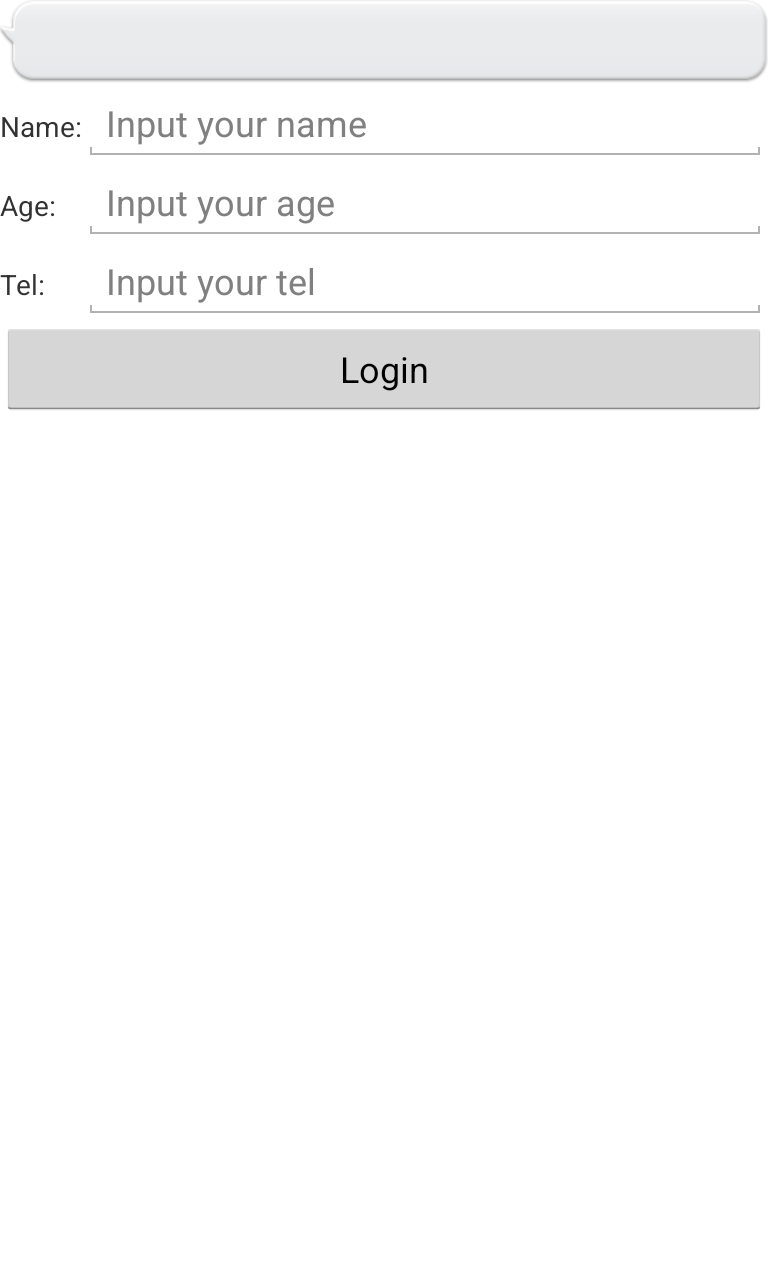
Repository: JDLINLC/android-dev
Layout: ModifyQQ/res/layout/showdetail_activity.xml
An editor plug-in stored every save of this project. The layout is shown before and after the next save, followed by the edit.
It is drawn on a 768 x 1280 px phone screen (xhdpi) without system bars, with theme AppTheme; the app's code is not run.

Above is the layout before, as saved 2015-04-24 14:54:18.

### ModifyQQ/res/layout/showdetail_activity.xml
<?xml version="1.0" encoding="utf-8"?>
<TableLayout xmlns:android="http://schemas.android.com/apk/res/android"
    android:layout_width="match_parent"
    android:layout_height="match_parent"
    android:stretchColumns="1"
    android:orientation="vertical" >

    <LinearLayout
        android:layout_width="match_parent"
        android:layout_height="wrap_content"
        android:background="@drawable/em">
    </LinearLayout>

    <TableRow>
        <TextView
            android:layout_height="wrap_content"
            android:text="Name:"/>
        <EditText
            android:id="@+id/name"
            android:layout_height="wrap_content"
            android:hint="Input your name"/>
    </TableRow>
    <TableRow>
        <TextView
            android:layout_height="wrap_content"
            android:text="Age:"/>
        <EditText
            android:id="@+id/age"
            android:layout_height="wrap_content"
            android:hint="Input your age"/>
    </TableRow>
    <TableRow>
        <TextView
            android:layout_height="wrap_content"
            android:text="Tel:"/>
        <EditText
            android:id="@+id/tel"
            android:layout_height="wrap_content"
            android:hint="Input your tel"/>
    </TableRow>
    <TableRow>
        <Button
            android:id="@+id/Login"
            android:layout_height="wrap_content"
            android:layout_span="2"
            android:text="Login"/>
    </TableRow>


</TableLayout>

Loaded but not shown: ModifyQQ/res/values/styles.xml (common file); ModifyQQ/res/values-v11/styles.xml (common file); ModifyQQ/res/values-v14/styles.xml (common file)

After the next save:
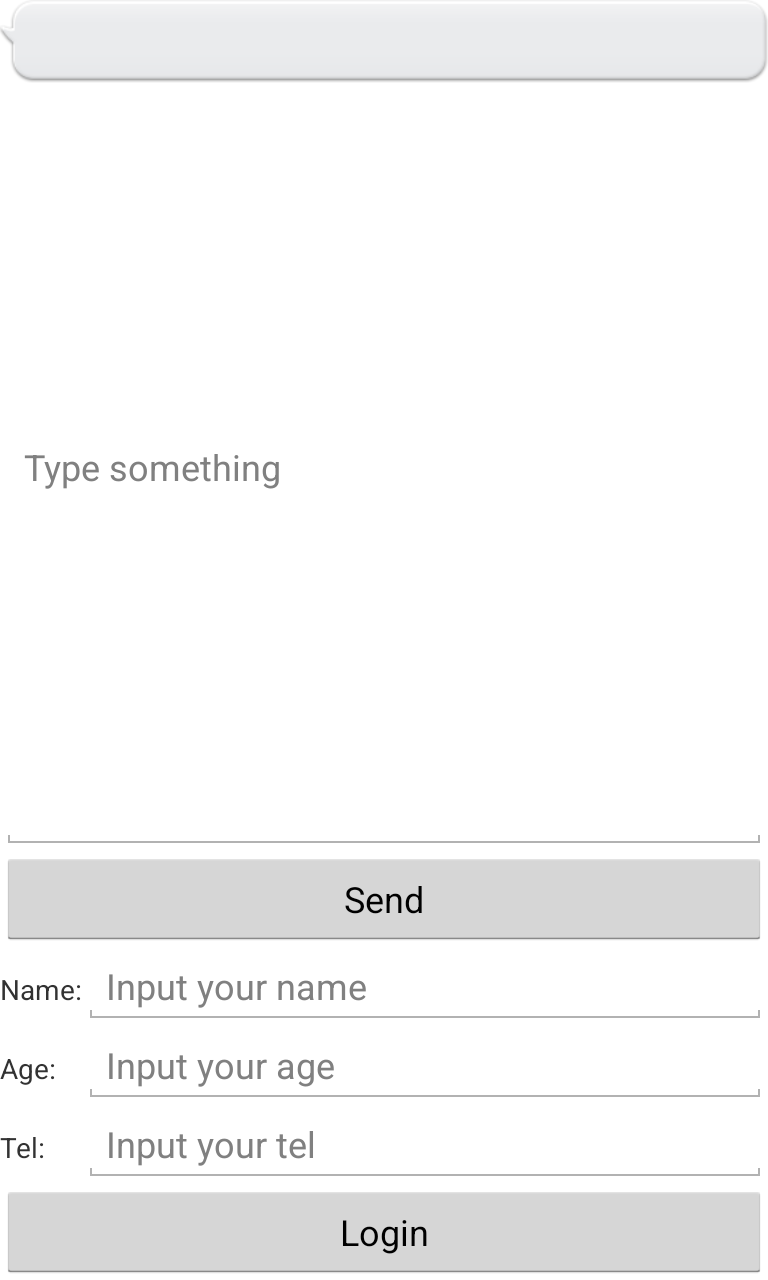
Saved 5 min 26 s later.
--- a/ModifyQQ/res/layout/showdetail_activity.xml
+++ b/ModifyQQ/res/layout/showdetail_activity.xml
@@ -11,6 +11,19 @@
         android:background="@drawable/em">
     </LinearLayout>
 
+    <EditText
+        android:id="+id/input_message"
+        android:layout_width="0dp"
+        android:layout_height="wrap_content"
+        android:layout_weight="1"
+        android:hint="Type something"
+        />
+    <Button
+        android:id="@+id/send"
+        android:layout_width="wrap_content"
+        android:layout_height="wrap_content"
+        android:text="Send"
+        />
     <TableRow>
         <TextView
             android:layout_height="wrap_content"
